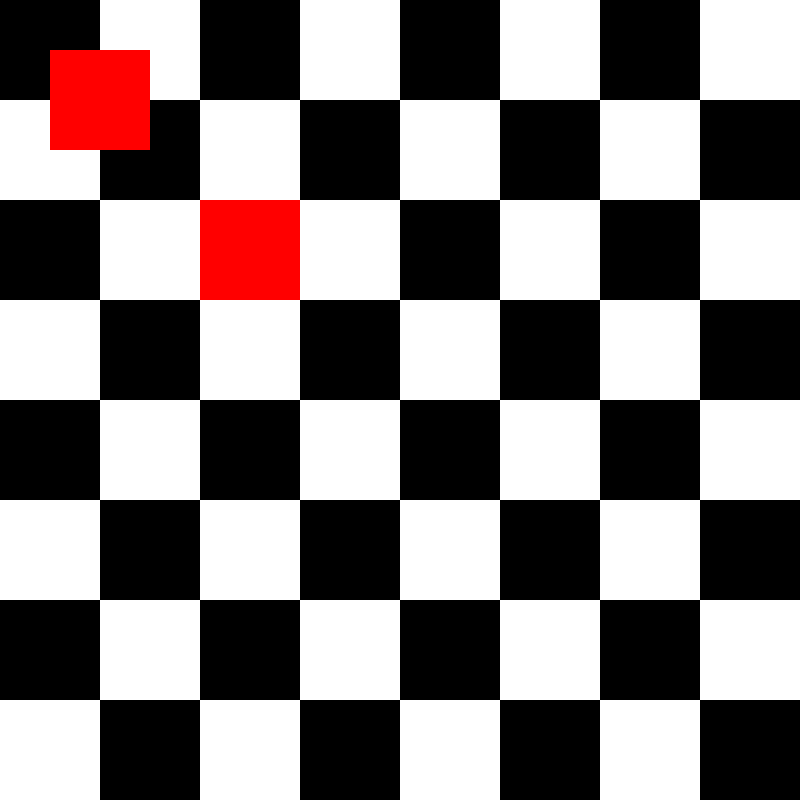
Repository: a-longe/capstone
Script's output: python engine/drag_n_drop_test.py
The author's editor kept a copy of each file at every save. The script's output is drawn from the files as they stood at one save, then again after the next save.
The window is shown after at most 60 frames with no key pressed. Random numbers start from a fixed seed.

Above is the script's output before, as saved 2023-12-06 11:10:22.

After the next save:
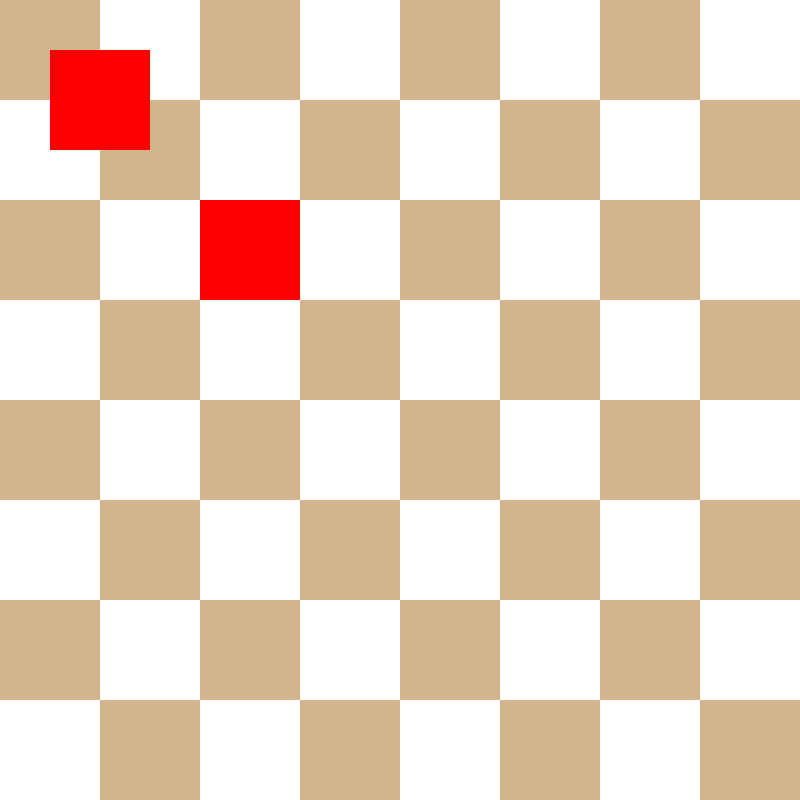
Saved 22 h 46 min later.
--- a/engine/drag_n_drop_test.py
+++ b/engine/drag_n_drop_test.py
@@ -1,21 +1,28 @@
-import os,sys
+import os
+import sys
 import pygame as pg
+
 
 def is_even(n):
     return 0 == n % 2
 
+
 def is_odd(n):
     return 1 == n % 2
 
+
 def black_square(surface, image, rect):
-    image.fill((0, 0, 0))
+    image.fill((210, 180, 140))
     surface.blit(image, rect)
+
 
 def white_square(surface, image, rect):
     image.fill((255, 255, 255))
     surface.blit(image, rect)
 
-square_coords = [[i, j] for i in range(0,800, 100) for j in range (0,800, 100)]
+
+square_coords = [[i, j] for i in range(0, 800, 100) for j in range(0, 800, 100)]
+
 
 class Player:
     # A Player object needs to know about the Board because its behaviour
@@ -30,7 +37,8 @@ class Player:
         # left mouse button is down and on top of the Player
         self.click = False
         self.image = pg.Surface(self.rect.size).convert()
-        self.image.fill((255,0,0))
+        self.image.fill((255, 0, 0))
+
     # Check that the player has been selected and that the mouse will
     # not cause the player to bleed out of bounds.
 
@@ -46,7 +54,8 @@ class Player:
             # Ask the board if self (the player) will collide
             if self.board.collisions(self):
                 self.rect.center = self.previous_center
-        self.board.surface.blit(self.image,self.rect)
+        self.board.surface.blit(self.image, self.rect)
+
 
 class Board:
     # Each position corresponds to the arguments needed to instantiate
@@ -61,21 +70,26 @@ class Board:
         self.players = []
         for pos in positions:
             self.players.append(Player(self, pos))
+
     def clear_surface(self):
         self.surface.fill(0)
+
     def get_players(self):
         return self.players
+
     def mouse_inside_bounds(self):
         # hard-coded numbers should be fixed
         x, y = pg.mouse.get_pos()
         return (x > 51 and x < 949 and y > 51 and y < 549)
+
     def collisions(self, a_player):
         rects = [player.rect for player in self.get_players()]
         target_rects = [rect for rect in rects if rect != a_player.rect]
         return a_player.rect.collidelistall(target_rects)
+
     def display_grid(self):
         # print("I should be displaying...")
-        for x,y in square_coords:
+        for x, y in square_coords:
             row = x / 100
             column = y / 100
             rect = pg.Rect([x, y, 100, 100])
@@ -88,16 +102,19 @@ class Board:
                 black_square(self.surface, image, rect)
             else:
                 white_square(self.surface, image, rect)
+
     def update_board(self):
         self.clear_surface()
         self.display_grid()
         for player in self.get_players():
             player.update()
 
+
 def main(Board):
     # listen for events and update board in response to them
     game_event_loop(Board)
     Board.update_board()
+
 
 # Notice that the event loop has been given its own function. This makes
 # the program easier to understand.
@@ -112,7 +129,9 @@ def game_event_loop(Board):
             for player in Board.get_players():
                 player.click = False
         elif event.type == pg.QUIT:
-            pg.quit(); sys.exit()
+            pg.quit()
+            sys.exit()
+
 
 if __name__ == "__main__":
     os.environ['SDL_VIDEO_CENTERED'] = '1'
